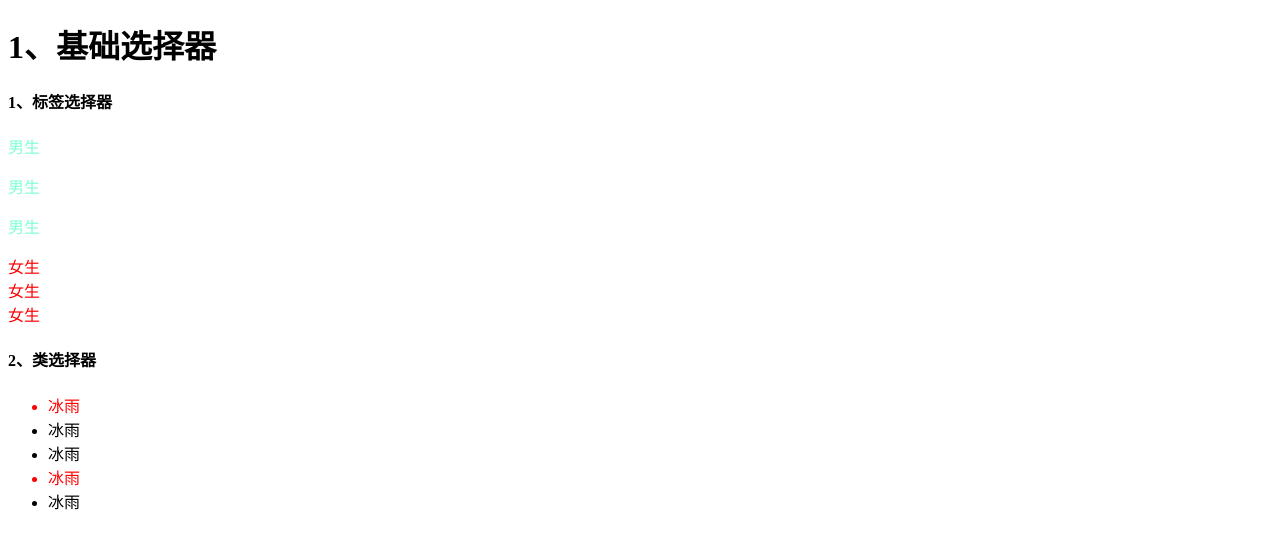
Repository: zhengdeya/web-based
Page: 12-CSS基础选择器.html
The author's editor kept a copy of each file at every save. The page is drawn from the files as they stood at one save, then again after the next save.
The browser window is 1280 px wide. The pictures show the whole page.

Above is the page before, as saved 2021-03-28 10:57:09.

### 12-CSS基础选择器.html
<!DOCTYPE html>
<html lang="en">
<head>
    <meta charset="UTF-8">
    <meta http-equiv="X-UA-Compatible" content="IE=edge">
    <meta name="viewport" content="width=device-width, initial-scale=1.0">
    <title>CSS基础选择器</title>
    <style>
        /* 标签选择器 */
        p {
            color: aquamarine;
        }
        div {
            color: red;
        }

        /* 类选择器 */
        /* 口诀：样式点定义，结构类调用，一个或多个，开发最常用 */
        .red {
            color: red;
        }
    </style>
</head>
<body>
    <h1>1、基础选择器</h1>
    <h4>1、标签选择器</h4>
    <p>男生</p>
    <p>男生</p>
    <p>男生</p>
    <div>女生</div>
    <div>女生</div>
    <div>女生</div>
    <h4>2、类选择器</h4>
    <ul>
        <li class="red">冰雨</li>
        <li>冰雨</li>
        <li>冰雨</li>
        <li class="red">冰雨</li>
        <li>冰雨</li>
    </ul>

</body>
</html>

After the next save:
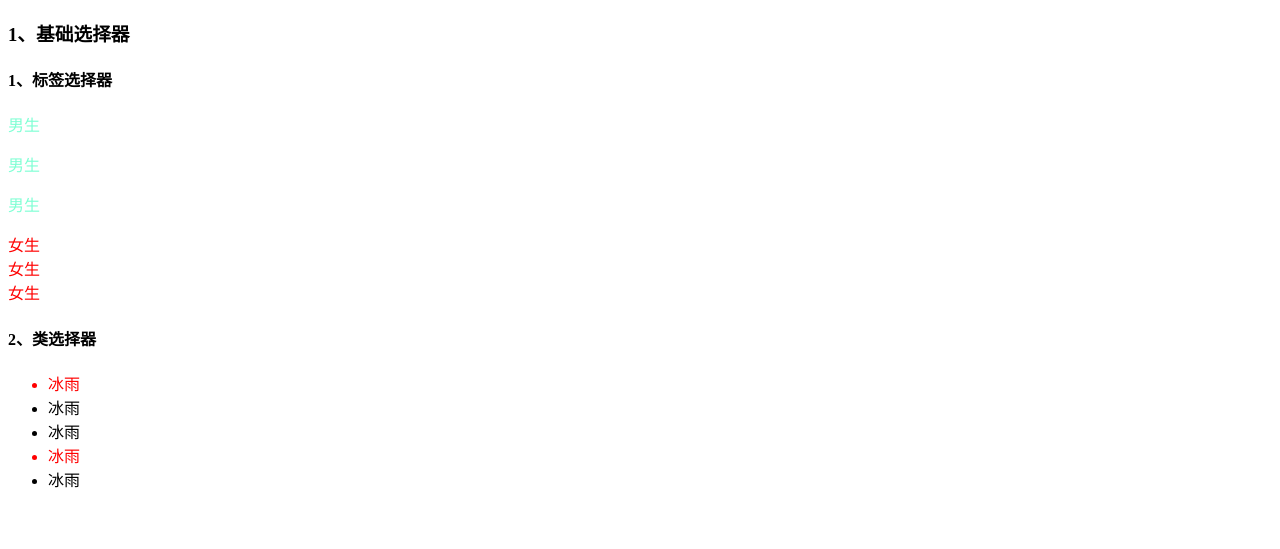
Saved 32 s later.
--- a/12-CSS基础选择器.html
+++ b/12-CSS基础选择器.html
@@ -22,7 +22,7 @@
     </style>
 </head>
 <body>
-    <h1>1、基础选择器</h1>
+    <h3>1、基础选择器</h3>
     <h4>1、标签选择器</h4>
     <p>男生</p>
     <p>男生</p>
